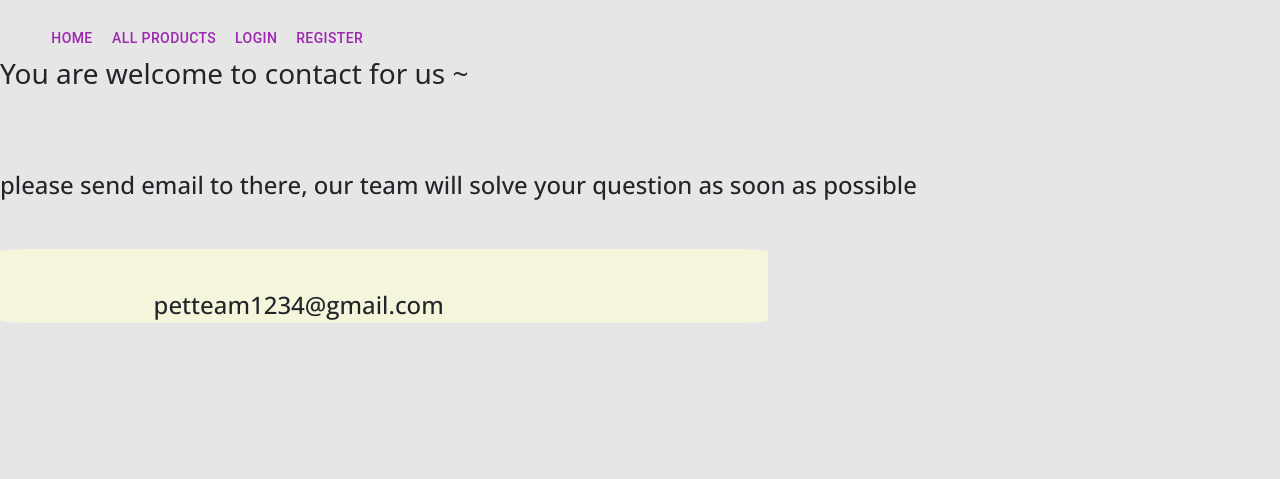
Repository: dzwfighting/pet
Page: /contact
These files come from the project's save history. The page is drawn as it stood at one moment and after a run of saves; the edit follows.
The browser window is 1280 px wide. The pictures show the whole page.
The project was rebuilt for these pictures with package versions that can differ from the ones it lists, and the page was loaded fresh each time. Also part of the build but not shown: src/components/homeComponent.js, src/components/Layout.js, src/components/checkoutComponent.js, src/fake-data/products.js, src/styles/css/cart.css, src/components/ShopCartComponent.js, src/components/productsDetail.js, src/manipulate/checkValid.js and 10 more.

Above is the page before, as saved 2023-08-20 10:08:25.

### src/index.js
import React from "react";
import ReactDOM from "react-dom/client";
import "./index.css";
import App from "./App";
import { Provider } from "react-redux";
import store from "./manipulate/store";
import reportWebVitals from "./reportWebVitals";

const root = ReactDOM.createRoot(document.getElementById("root"));
root.render(
  <Provider store={store}>
    <React.StrictMode>
      <App />
    </React.StrictMode>
  </Provider>
);

// If you want to start measuring performance in your app, pass a function
// to log results (for example: reportWebVitals(console.log))
// or send to an analytics endpoint. Learn more: https://bit.ly/CRA-vitals
reportWebVitals();

### src/App.js
import "./App.css";
import { BrowserRouter, Routes, Route } from "react-router-dom";
import Layout from "./components/Layout";
import Checkout from "./components/checkoutComponent";
import ShopCart from "./components/ShopCartComponent";
import ProductsDetail from "./components/productsDetail";
import Register from "./components/Register";
import Login from "./components/Login";
import Error from "./components/Error";
import Collections from "./components/Collections";
import Contactus from "./components/Contactus";
import Products from "./components/Products";

function App() {
  return (
    <BrowserRouter>
      <Routes>
        <Route path="/" element={<Layout />} />
        <Route path="checkout" element={<Checkout />} />
        <Route path="shopcart" element={<ShopCart />} />
        <Route path="contact" element={<Contactus />} />
        <Route path="products" element={<Products />} />
        <Route path="products/:id" element={<ProductsDetail />} />
        <Route path="register" element={<Register />} />
        <Route path="login" element={<Login />} />
        <Route path="error/:message" element={<Error />} />
        <Route path="collections" element={<Collections />} />
      </Routes>
    </BrowserRouter>
  );
}

export default App;

### src/manipulate/store.js
import { createStore } from "redux";
import rootReducer from "./reducer";

export default createStore(rootReducer);

### src/components/Contactus.js
import React from "react";
import NavComponent from "./navComponent";
import Container from "react-bootstrap/Container";
import Row from "react-bootstrap/Row";
import Col from "react-bootstrap/Col";
import "../styles/css/contact.css";
import cat11 from "../styles/images/cat11-removebg-preview.png";

const Contactus = () => {
  return (
    <div>
      <NavComponent />
      <h3>You are welcome to contact for us ~</h3>
      <div className="contactContainerSet">
        <p>
          please send email to there, our team will solve your question as soon
          as possible
        </p>
        <div className="emailBlock">
          <p className="emailP">petteam1234@gmail.com</p>
        </div>
      </div>
    </div>
  );
};

export default Contactus;

### src/manipulate/reducer.js
import users from "../fake-data/users";

const initialState = {
  curUser: null,
  // cartItems: [],
  // totalQuantity: 0,
  // totalAmount: 0,
  // collectItems: [],
};

const rootReducer = (state = initialState, action) => {
  switch (action.type) {
    case "LOGIN":
      return {
        ...state,
        curUser: action.payload,
      };
    case "LOGOUT":
      return {
        ...state,
        curUser: null,
      };
    case "REGISTER":
      users.push(action.payload);
      return {
        ...state,
        curUser: action.payload,
      };
    // case "ADDCART":
    //   const newItem = action.payload;
    //   const existItem = state.cartItems.find((item) => item.id === newItem.id);
    //   state.totalQuantity++;
    //   if (!existItem) {
    //     state.cartItems.push({
    //       id: newItem.id,
    //       title: newItem.title,
    //       iamge: newItem.image,
    //       price: newItem.price,
    //       quantity: 1,
    //       totalPrice: newItem.price,
    //     });
    //   } else {
    //     existItem.quantity++;
    //     existItem.totalPrice =
    //       Number(existItem.totalPrice) + Number(newItem.price);
    //   }

    //   state.totalAmount = state.cartItems.reduce(
    //     (total, item) => total + Number(item.price) * Number(item.quantity),
    //     0
    //   );
  }
  return state;
};
export default rootReducer;

### src/components/navComponent.js
import React, { useEffect } from "react";
import { Link, useNavigate } from "react-router-dom";
import Button from "@mui/material/Button";
import { useDispatch, useSelector } from "react-redux";
import { logout } from "../manipulate/action";

const NavComponent = () => {
  const curUser = useSelector((state) => state.curUser);
  const dispatch = useDispatch();
  const navigate = useNavigate();

  const handleLogout = () => {
    dispatch(logout());
    navigate("/");
  };

  // console.log(curUser);

  return (
    <div style={{ marginLeft: "40px", marginTop: "20px", marginRight: "40px" }}>
      <Link to="/" style={{ textDecoration: "none" }}>
        <Button color="secondary">Home</Button>
      </Link>

      <Link
        to="/products"
        state={{ category: "all" }}
        style={{ textDecoration: "none" }}
      >
        <Button color="secondary">All Products</Button>
      </Link>
      {curUser ? (
        <Link to="/shopcart" style={{ textDecoration: "none" }}>
          <Button color="secondary">Shop Cart</Button>
        </Link>
      ) : (
        <a />
      )}
      {curUser ? (
        <Link to="/collections" style={{ textDecoration: "none" }}>
          <Button color="secondary">Collections</Button>
        </Link>
      ) : (
        <a />
      )}
      {/* {curUser ? (
        <Link to="/checkout" style={{ textDecoration: "none" }}>
          <Button color="secondary">Check Out </Button>
        </Link>
      ) : (
        <a />
      )} */}
      {curUser ? (
        <Button color="secondary" onClick={handleLogout}>
          Logout
        </Button>
      ) : (
        <Link to="/login" style={{ textDecoration: "none" }}>
          <Button color="secondary">Login</Button>
        </Link>
      )}
      {curUser ? (
        <a />
      ) : (
        <Link to="/register" style={{ textDecoration: "none" }}>
          <Button color="secondary">Register</Button>
        </Link>
      )}
    </div>
  );
};

export default NavComponent;

### src/fake-data/users.js
let users = [
  {
    email: "user1@gmail.com",
    password: "123456",
    collections: ["11"],
    cart: [{ proId: "11", cnt: "2" }],
    uploads: [
      "https://images.unsplash.com/photo-1526336024174-e58f5cdd8e13?ixlib=rb-4.0.3&ixid=M3wxMjA3fDB8MHxwaG90by1wYWdlfHx8fGVufDB8fHx8fA%3D%3D&auto=format&fit=crop&w=1887&q=80",
    ],
  },
  {
    email: "user2@gmail.com",
    password: "123456",
    collections: ["12", "13"],
    cart: [
      { proId: "12", cnt: "1" },
      { proId: "13", cnt: "2" },
    ],
    uploads: [
      "https://images.unsplash.com/photo-1526336024174-e58f5cdd8e13?ixlib=rb-4.0.3&ixid=M3wxMjA3fDB8MHxwaG90by1wYWdlfHx8fGVufDB8fHx8fA%3D%3D&auto=format&fit=crop&w=1887&q=80",
      "https://images.unsplash.com/photo-1542650507-17d51cecbbb5?ixlib=rb-4.0.3&ixid=M3wxMjA3fDB8MHxwaG90by1wYWdlfHx8fGVufDB8fHx8fA%3D%3D&auto=format&fit=crop&w=1942&q=80",
    ],
  },
];

let findUser = (email) => {
  let userIdx = 0;
  for (let i = 0; i < users.length; i++) {
    if (users[i].email === email) {
      userIdx = i;
      break;
    }
  }
  return userIdx;
};

export const findUserData = (email) => {
  let userIdx = findUser(email);
  return users[userIdx];
};

export let addCollect = (email, collect) => {
  let userIdx = findUser(email);

  // console.log("add succes");
  users[userIdx].collections.push(collect);
  console.log(users[userIdx]);
  return users[userIdx];
};

export let deleteCollect = (email, delId) => {
  let userIdx = findUser(email);

  let delIdx = 0;
  for (let i = 0; i < users[userIdx].collections.length; i++) {
    if (users[userIdx].collections[i] === delId) {
      delIdx = i;
      break;
    }
  }

  users[userIdx].collections.splice(delIdx, 1);
  console.log("del success");
  console.log(users[userIdx].collections);
  return users[userIdx];
};

export let addCart = (email, addId) => {
  let userIdx = findUser(email);
  let ifFind = false;
  for (let i = 0; i < users[userIdx].cart.length; i++) {
    if (users[userIdx].cart[i].proId === addId) {
      ifFind = true;
      users[userIdx].cart[i].cnt = (
        Number(users[userIdx].cart[i].cnt) + 1
      ).toString();
      break;
    }
  }

  if (!ifFind) {
    users[userIdx].cart.push({ proId: addId, cnt: "1" });
  }
  console.log(users[userIdx]);
  return users[userIdx];
};

export const delCart = (email, delId) => {
  let userIdx = findUser(email);
  for (let i = 0; i < users[userIdx].cart.length; i++) {
    if (users[userIdx].cart[i].proId === delId) {
      users[userIdx].cart.splice(i, 1);
      break;
    }
  }
  console.log(users[userIdx]);
  return users[userIdx];
};

export const delOnePro = (email, delId) => {
  let userIdx = findUser(email);
  console.log(delId);
  console.log(users[userIdx]);
  for (let i = 0; i < users[userIdx].cart.length; i++) {
    if (users[userIdx].cart[i].proId === delId) {
      console.log("start delete");
      let delOne = Number(users[userIdx].cart[i].cnt) - 1;
      console.log(delOne);
      if (delOne == 0) {
        delCart(email, delId);
        break;
      } else {
        users[userIdx].cart[i].cnt = delOne.toString();
        break;
      }
    }
  }
  console.log(users[userIdx]);
  return users[userIdx];
};
export default users;

### src/styles/css/prodetail.css
@import url("https://fonts.googleapis.com/css2?family=Open+Sans:wght@500&display=swap");
.detailcard {
  display: flex;
  position: relative;
  font-family: "Open Sans", sans-serif;
  width: 100vw;
  left: 1vw;
  right: 1vw;
}
.detailcardimg {
  width: 25vw;
  height: 40vw;
}
.detailcontent {
  width: 66vw;
}
.detailcontent h2 {
  margin-bottom: 1vw;
}
.detailcontent p {
  margin-left: 1vw;
  text-align: left;
  padding-right: 1vw;
  padding-bottom: 1vw;
  width: 66vw;
  font-size: 1rem;
}

@media screen and (min-width: 1105px) {
  .detailcardimg {
    width: 300px;
    height: 380px;
  }
  .detailfinalBtn {
    margin-top: -5px;
  }
}

@media screen and (min-width: 917px) and (max-width: 1105px) {
  .detailcardimg {
    width: 28vw;
    height: 450px;
  }
  .detailcontent {
    width: 27vw;
  }
  .detailcontent h2 {
    font-size: 1rem;
  }
  .detailcontent p {
    font-size: 0.8rem;
  }
  .detailfinalBtn {
    margin-top: 5px;
  }
}

@media screen and (min-width: 771px) and (max-width: 917px) {
  /* .detailcardimg {
    width: 28vw;
    height: 45vw;
  } */
  .detailcontent h2 {
    margin-bottom: 5px;
    font-size: 1rem;
  }
  .detailcontent p {
    margin-left: 5px;
    padding-right: 5px;
    padding-bottom: 0px;
    width: 66vw;
    font-size: 0.7rem;
  }
}
@media screen and (min-width: 615px) and (max-width: 771px) {
  .detailcardimg {
    width: 20vw;
    height: 30vw;
  }
  .detailcontent h2 {
    margin-bottom: 5px;
    font-size: 0.9rem;
  }
  .detailcontent p {
    margin-left: 5px;
    padding-right: 0;
    padding-bottom: 0px;
    width: 66vw;
    font-size: 0.5rem;
  }
}
@media screen and (min-width: 480px) and (max-width: 615px) {
  .detailcard {
    display: block;
  }
  .detailcardimg {
    position: relative;
    left: 2%;
    width: 25vw;
    height: 35vw;
  }
  .detailcontent {
    width: 95vw;
  }
  .detailcontent h2 {
    width: 95vw;
    margin-left: 0;
    margin-bottom: 2px;
    font-size: 0.9rem;
  }
  .detailcontent p {
    margin-left: 2px;
    padding-right: 0;
    padding-bottom: 0px;
    width: 90vw;
    font-size: 0.7rem;
  }
  .detailfinalBtn {
    font-size: 0.7rem;
  }
}
@media screen and (min-width: 200px) and (max-width: 480px) {
  .detailcard {
    display: block;
  }
  .detailcardimg {
    position: relative;
    left: 2%;
    width: 25vw;
    height: 35vw;
  }
  .detailcontent {
    width: 95vw;
  }
  .detailcontent h2 {
    width: 90vw;
    margin-left: 0;
    margin-bottom: 2px;
    font-size: 0.9rem;
  }
  .detailcontent p {
    margin-left: 2px;
    padding-right: 0;
    padding-bottom: 0px;
    width: 90vw;

    font-size: 0.7rem;
  }
  .detailfinalBtn {
    font-size: 0.7rem;
  }
}

### src/manipulate/action.js
export const login = (user) => ({
  type: "LOGIN",
  payload: user,
});

export const logout = () => ({
  type: "LOGOUT",
});

export const register = (newUser) => ({
  type: "REGISTER",
  payload: newUser,
});

// export const addToCart = (item) => ({
//   type: "ADDTOCART",
//   payload: item,
// });

// export const deleteFromCard = (item) => ({
//   typeof: "DELETEFROMCART",
//   payload: item,
// });

// export const addToCollect = (item) => ({
//   type: "ADDTOCOLLECT",
//   payload: item,
// });

// export const deleteFromColllect = (item) => ({
//   type: "DELETEFROMCOLLECT",
//   payload: item,
// });

### src/styles/css/login.css
@import url("https://fonts.googleapis.com/css2?family=Open+Sans:wght@500&display=swap");
.formSet {
  display: flex;
  margin-left: 5%;
  align-items: center;
  font-family: "Open Sans", sans-serif;
}
.lableSet {
  font-size: 2rem;
}

.inputSet {
  font-size: 1rem;
  width: 800px;
}

.loginbtnSet {
  align-items: center;
  justify-content: center;
  width: 100px;
  height: 40px;
  /* font-size: 1.1rem; */
}
.pSet {
  font-size: 1.2rem;
}

@media screen and (min-width: 1025px) {
  .formSet {
    display: flex;
    margin-left: 5%;
    align-items: center;
    font-family: "Open Sans", sans-serif;
  }
  .lableSet {
    font-size: 2rem;
  }

  .inputSet {
    text-align: left;
    font-size: 1rem;
    width: 600px !important;
  }
  .loginbtnSet {
    height: 35px !important;
  }

  .regSet {
    width: 100px !important;
    padding-top: 6px;
    height: 37px !important;
  }
  .loginbtnSet p {
    width: 70px;
  }
  .pSet {
    font-size: 1.2rem !important;
  }
}
@media screen and (min-width: 769px) and (max-width: 1024px) {
  .formSet {
    display: flex;
    margin-left: 5%;
    align-items: center;
    font-family: "Open Sans", sans-serif;
  }
  .lableSet {
    font-size: 1.5rem;
  }
  .inputSet {
    font-size: 0.9rem !important;
    width: 700px !important;
  }
  .loginbtnSet {
    width: 65px;
    height: 38px;
    font-size: 0.9rem;
  }

  .regSet {
    width: 80px;
    padding-left: 6px;
    height: 38px;
  }
  .regSet p {
    margin-left: 2px;
    font-size: 0.9rem;
  }
  .pSet {
    font-size: 1rem;
  }
}
@media screen and (min-width: 481px) and (max-width: 768px) {
  .formSet {
    display: flex;
    margin-left: 5%;
    align-items: center;
    font-family: "Open Sans", sans-serif;
  }
  .lableSet {
    font-size: 1.5rem;
  }
  .inputSet {
    font-size: 0.9rem !important;
    width: 700px !important;
  }
  .loginbtnSet {
    width: 70px;
    /* padding-top: 1px;
    padding-left: 21px; */
    height: 38px;
    font-size: 0.9rem;
  }
  .regSet {
    width: 88px;
    /* padding-top: 2px;
    padding-left: 25px; */
    height: 37px;
    font-size: 0.9rem;
  }
}
@media screen and (max-width: 481px) {
  .formSet {
    display: flex;
    margin-left: 5%;
    align-items: center;
    font-family: "Open Sans", sans-serif;
    margin-top: 50px !important;
  }
  .lableSet {
    font-size: 1rem;
  }
  .inputSet {
    font-size: 0.8rem;
    width: 200px;
    height: 40px;
  }
  .loginbtnSet {
    align-items: center;
    justify-content: center;
    width: 56px;
    height: 28px;
    font-size: 0.7rem;
  }
  .pSet {
    font-size: 0.8rem;
  }
  .regSet {
    width: 66px;
    /* padding-left: 16px; */
    height: 30px;
    font-size: 0.7rem;
  }
}

### src/styles/css/contact.css
@import url("https://fonts.googleapis.com/css2?family=Open+Sans:wght@500&display=swap");
.contactContainerSet h3 {
  display: flex;
  justify-content: center;
  align-items: center;
  font-family: "Open Sans", sans-serif;
  margin-top: 9%;
  margin-left: 5%;
  font-size: 1.8rem;
}
.contactContainerSet p {
  font-family: "Open Sans", sans-serif;
  margin-top: 6%;
  font-size: 1.5rem;
}

.emailBlock {
  font-family: "Open Sans", sans-serif;
  width: 60%;
  height: 20%;
  background-color: beige;
  border-radius: 4%;
}
.emailP {
  margin-left: 20%;
  padding-top: 5%;
}

@media screen and (min-width: 769px) and (max-width: 1024px) {
  .contactContainerSet h3 {
    display: flex;
    justify-content: center;
    align-items: center;
    width: calc(100% - 10px);
    font-family: "Open Sans", sans-serif;
    margin-top: 9%;
    font-size: 2rem;
    font-weight: 900;
  }
  .contactContainerSet {
    display: flex;
    justify-content: center;
    align-items: center;
    text-align: center;
  }
  .contactContainerSet p {
    display: flex;
    justify-content: center;
    align-items: center;
    text-align: center;
    font-family: "Open Sans", sans-serif;
    margin-left: 110px;
    width: calc(100%);
    font-size: 1.2rem;
  }
  .imgSet {
    width: auto;
    height: 55%;
    margin-top: -55px;
  }
  .emailBlock {
    display: flex;
    justify-content: center;
    align-items: center;
    font-family: "Open Sans", sans-serif;
    width: calc(100% - 10px);
    height: 50px;
    background-color: beige;
    border-radius: 4%;
    margin-left: 110px;

    /* margin-top: -33px; */
  }

  .emailP {
    margin-left: 30px;
    margin-bottom: 43px;
    padding-top: 3%;
    font-size: 1.2rem;
  }
}
@media screen and (min-width: 481px) and (max-width: 768px) {
  .contactContainerSet h3 {
    display: flex;
    justify-content: center;
    align-items: center;
    font-family: "Open Sans", sans-serif;
    margin-top: 9%;
    font-size: 1.5rem;
    font-weight: 900;
    margin-left: 5px;
    margin-right: 5px;
  }
  .contactContainerSet {
    display: flex;
    justify-content: center;
    align-items: center;
  }
  .contactContainerSet p {
    display: flex;
    justify-content: center;
    align-items: center;
    text-align: center;
    font-family: "Open Sans", sans-serif;
    width: 450px;
    margin-top: 6%;
    font-size: 1rem;
    /* margin-left: 80px; */
    /* margin-right: 5px; */
  }
  .imgSet {
    width: auto;
    height: 60%;
    margin-top: -45px;
  }
  .emailBlock {
    display: flex;
    justify-content: center;
    align-items: center;
    font-family: "Open Sans", sans-serif;
    width: 300px;
    height: 35px;
    background-color: beige;
    border-radius: 4%;
    margin-left: 60px;
  }
  .emailP {
    margin-left: 10px;
    margin-bottom: 25px;
    padding-top: 3%;
  }
}
@media screen and (max-width: 480px) {
  .contactContainerSet h3 {
    justify-content: center;
    align-items: center;
    font-family: "Open Sans", sans-serif;
    margin-top: 9%;
    font-size: 1.1rem;
    /* font-weight: 900; */
    /* margin-left: 10px;
    margin-right: 10px; */
  }
  .contactContainerSet {
    /* display: flex; */
    justify-content: center;
    align-items: center;
    background-color: white;
    border-radius: 1%;
    width: 90vw;
  }
  .contactContainerSet p {
    width: 300px;
    text-align: center;
    font-family: "Open Sans", sans-serif;
    margin-top: 6%;
    font-size: 1rem;
    /* margin-left: 10px;
    margin-right: 10px; */
  }
  .imgSet {
    width: auto;
    height: 60%;
    margin-top: -35px;
  }
  .emailBlock {
    display: flex;
    justify-content: center;
    align-items: center;
    font-family: "Open Sans", sans-serif;
    width: 250px;
    height: 35px;
    background-color: beige;
    border-radius: 4%;
    margin-left: 20px;
  }
  .emailP {
    margin-left: 10px;
    margin-bottom: 25px;
    padding-top: 5%;
  }
}

### src/styles/css/categories.css
@import url("https://fonts.googleapis.com/css2?family=Open+Sans:wght@500&display=swap");
.cardSet {
  /* margin-left: -18%; */
  position: relative;

  font-family: "Open Sans", sans-serif !important;
  /* margin-right: -20% */
}
.cSet {
  position: relative;
  right: 10%;

  /* width: 100vw; */
  justify-content: center;
}
.imgSet {
  width: 100vw !important;
}
.linkFont {
  font-size: 1.5em;
  margin-top: -50px;
}

@media screen and (min-width: 1025px) {
}
@media screen and (min-width: 769px) and (max-width: 1024px) {
  .cardSet {
    display: flex !important;
    align-items: center !important;
    justify-content: center !important;
    text-align: center !important;
    /* margin-left: -18%; */
  }
  .linkFont {
    font-size: 1.2em;
    margin-top: -50px;
  }
  .imgSet {
    width: 701px !important;
  }
}
@media screen and (min-width: 481px) and (max-width: 768px) {
  .cardSet {
    display: flex !important;
    align-items: center !important;
    justify-content: center !important;
    text-align: center !important;
    margin-left: -16%;
    /* margin-right: -20% */
  }
  .linkFont {
    font-size: 1.2em;
    margin-top: 1px !important;
  }

  .imgSet {
    width: 401px !important;
  }
}
@media screen and (max-width: 480px) {
  .cardSet {
    display: flex !important;
    align-items: center !important;
    justify-content: center !important;
    text-align: center !important;
  }
  .imgSet {
    width: 310px !important;
  }
  .linkFont {
    font-size: 1em;
    margin-top: 10px;
  }
}

Loaded but not shown: public/index.html (common file); src/index.css (common file); src/reportWebVitals.js (common file); src/App.css (common file); src/styles/allproducts.css (no stored copy; drawn as an empty file)

After the next 2 saves:
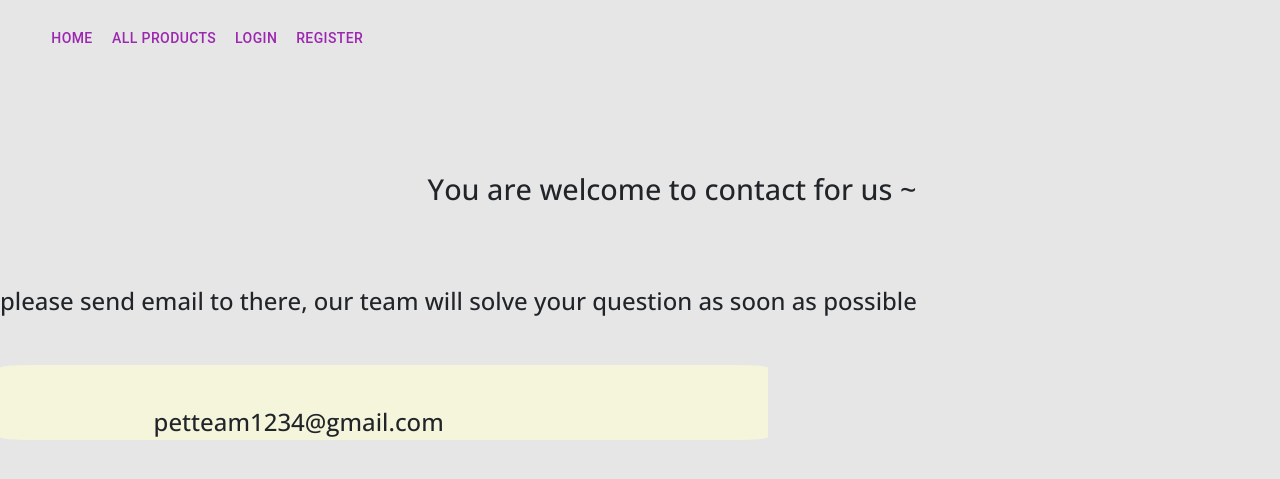
The 2 saves are shown as one change because they came seconds apart.
The last was saved 16 s later.
--- a/src/components/Contactus.js
+++ b/src/components/Contactus.js
@@ -10,8 +10,8 @@ const Contactus = () => {
   return (
     <div>
       <NavComponent />
-      <h3>You are welcome to contact for us ~</h3>
       <div className="contactContainerSet">
+        <h3>You are welcome to contact for us ~</h3>
         <p>
           please send email to there, our team will solve your question as soon
           as possible
